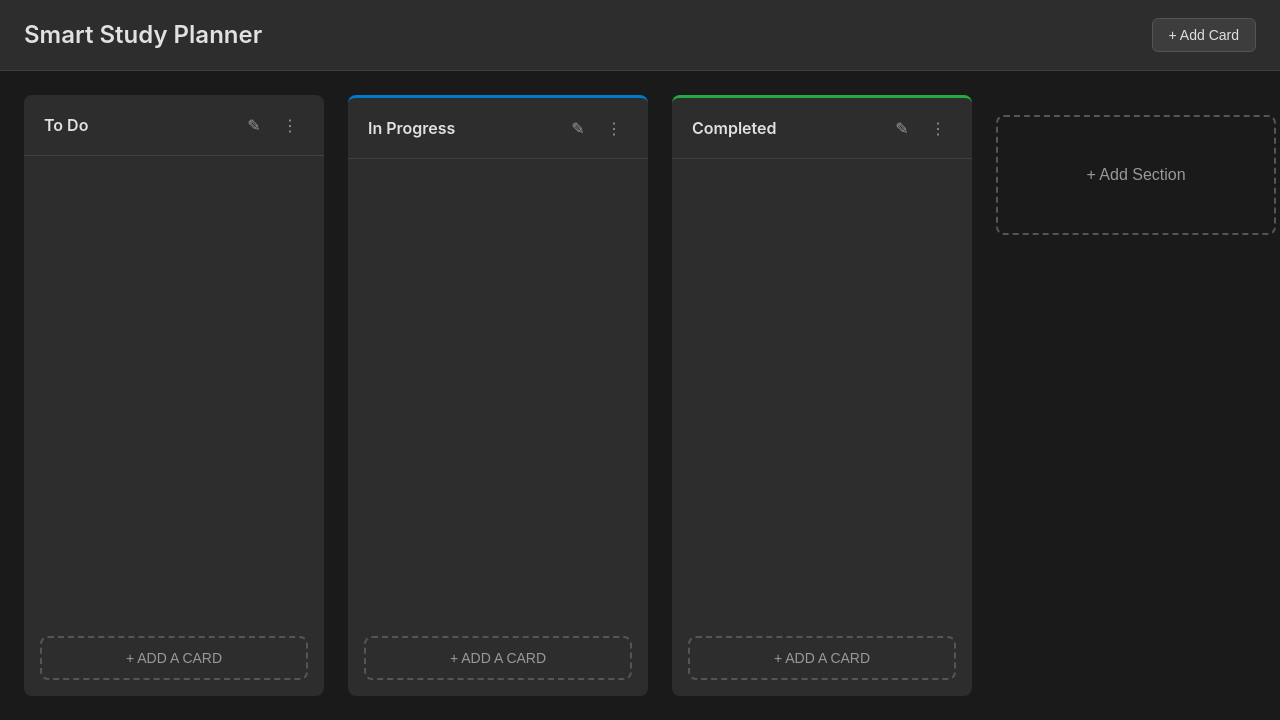
Repository: P7XCKD/edunetwebdev
Page: index.html
The author's editor kept a copy of each file at every save. The page is drawn from the files as they stood at one save, then again after the next save.
The browser window is 1280 px wide. The pictures show the whole page.

Above is the page before, as saved 2025-09-10 18:03:34.

### index.html
<!DOCTYPE html>
<html lang="en">
<head>
    <meta charset="UTF-8">
    <meta name="viewport" content="width=device-width, initial-scale=1.0">
    <title>Smart Study Planner</title>
    <link rel="stylesheet" href="style.css">
</head>
<body>
    <div class="app-container">
        <header class="app-header">
            <h1>Smart Study Planner</h1>
            <div class="header-actions">
                <button id="addCardBtn" class="add-card-btn">+ Add Card</button>
            </div>
        </header>

        <main class="kanban-board" id="kanbanBoard">
            <!-- Columns will be dynamically generated -->
            <div class="add-column-section">
                <button class="add-column-btn" id="addColumnBtn">+ Add Section</button>
            </div>
        </main>
    </div>

    <!-- Column Edit Modal -->
    <div id="columnModal" class="modal">
        <div class="modal-content">
            <div class="modal-header">
                <h2 id="columnModalTitle">Add New Section</h2>
                <button class="close-btn" id="closeColumnModal">&times;</button>
            </div>
            <div class="modal-body">
                <form id="columnForm">
                    <div class="form-group">
                        <label for="columnName">Section Name *</label>
                        <input type="text" id="columnName" placeholder="e.g., To Do, In Progress, Review" required>
                    </div>

                    <div class="form-group">
                        <label for="columnColor">Section Color</label>
                        <select id="columnColor">
                            <option value="default">Default (Gray)</option>
                            <option value="blue">Blue</option>
                            <option value="green">Green</option>
                            <option value="orange">Orange</option>
                            <option value="purple">Purple</option>
                            <option value="red">Red</option>
                            <option value="teal">Teal</option>
                            <option value="pink">Pink</option>
                        </select>
                    </div>
                </form>
            </div>
            <div class="modal-footer">
                <button type="button" id="deleteColumn" class="delete-btn">DELETE SECTION</button>
                <div class="modal-actions">
                    <button type="button" id="cancelColumn" class="cancel-btn">CANCEL</button>
                    <button type="button" id="saveColumn" class="save-btn">SAVE</button>
                </div>
            </div>
        </div>
    </div>

    <!-- Card Modal -->
    <div id="cardModal" class="modal">
        <div class="modal-content">
            <div class="modal-header">
                <h2 id="modalTitle">Card Details</h2>
                <button class="close-btn" id="closeModal">&times;</button>
            </div>
            <div class="modal-body">
                <form id="cardForm">
                    <div class="form-group">
                        <label for="cardTitle">Title *</label>
                        <input type="text" id="cardTitle" required>
                    </div>

                    <div class="form-row">
                        <div class="form-group">
                            <label for="cardDueDate">Due date</label>
                            <input type="date" id="cardDueDate">
                        </div>
                        <div class="form-group">
                            <label for="cardPriority">Priority</label>
                            <select id="cardPriority">
                                <option value="low">Low</option>
                                <option value="medium" selected>Medium</option>
                                <option value="high">High</option>
                            </select>
                        </div>
                    </div>

                    <div class="form-group">
                        <label for="cardSubject">Subject</label>
                        <input type="text" id="cardSubject" placeholder="e.g., Mathematics, Physics">
                    </div>

                    <div class="form-group">
                        <label for="cardDescription">Description</label>
                        <textarea id="cardDescription" rows="4" placeholder="Add your study notes here..."></textarea>
                    </div>
                </form>
            </div>
            <div class="modal-footer">
                <button type="button" id="deleteCard" class="delete-btn">DELETE</button>
                <div class="modal-actions">
                    <button type="button" id="cancelCard" class="cancel-btn">CANCEL</button>
                    <button type="button" id="saveCard" class="save-btn">SAVE</button>
                </div>
            </div>
        </div>
    </div>

    <!-- Stats Modal -->
    <div id="statsModal" class="modal">
        <div class="modal-content">
            <div class="modal-header">
                <h2>Progress Statistics</h2>
                <button class="close-btn" id="closeStatsModal">&times;</button>
            </div>
            <div class="modal-body">
                <div class="stats-grid">
                    <div class="stat-card">
                        <div class="stat-number" id="totalCards">0</div>
                        <div class="stat-label">Total Cards</div>
                    </div>
                    <div class="stat-card">
                        <div class="stat-number" id="todoCards">0</div>
                        <div class="stat-label">To Do</div>
                    </div>
                    <div class="stat-card">
                        <div class="stat-number" id="inProgressCards">0</div>
                        <div class="stat-label">In Progress</div>
                    </div>
                    <div class="stat-card">
                        <div class="stat-number" id="completedCards">0</div>
                        <div class="stat-label">Completed</div>
                    </div>
                    <div class="stat-card">
                        <div class="stat-number" id="overdueCards">0</div>
                        <div class="stat-label">Overdue</div>
                    </div>
                </div>
            </div>
        </div>
    </div>

    <script src="script.js"></script>
</body>
</html>

### style.css
/* Dark theme CSS inspired by NotesHub */
* {
    margin: 0;
    padding: 0;
    box-sizing: border-box;
}

body {
    font-family: -apple-system, BlinkMacSystemFont, 'Segoe UI', Roboto, sans-serif;
    background-color: #1a1a1a;
    color: #e1e1e1;
    line-height: 1.6;
}

.app-container {
    min-height: 100vh;
    display: flex;
    flex-direction: column;
}

/* Header */
.app-header {
    background-color: #2d2d2d;
    padding: 16px 24px;
    border-bottom: 1px solid #404040;
    display: flex;
    justify-content: space-between;
    align-items: center;
}

.app-header h1 {
    color: #e1e1e1;
    font-size: 24px;
    font-weight: 600;
}

.header-actions {
    display: flex;
    gap: 12px;
}

.add-card-btn, .stats-btn {
    background-color: #3d3d3d;
    color: #e1e1e1;
    border: 1px solid #555;
    padding: 8px 16px;
    border-radius: 6px;
    cursor: pointer;
    font-size: 14px;
    transition: background-color 0.2s;
}

.add-card-btn:hover, .stats-btn:hover {
    background-color: #4d4d4d;
}

/* Kanban Board */
.kanban-board {
    flex: 1;
    display: flex;
    gap: 24px;
    padding: 24px;
    overflow-x: auto;
    min-height: calc(100vh - 80px);
}

.board-column {
    min-width: 300px;
    background-color: #2d2d2d;
    border-radius: 8px;
    display: flex;
    flex-direction: column;
}

/* Column Colors */
.board-column.color-blue { border-top: 3px solid #007acc; }
.board-column.color-green { border-top: 3px solid #28a745; }
.board-column.color-orange { border-top: 3px solid #ffa726; }
.board-column.color-purple { border-top: 3px solid #8e24aa; }
.board-column.color-red { border-top: 3px solid #dc3545; }
.board-column.color-teal { border-top: 3px solid #20c997; }
.board-column.color-pink { border-top: 3px solid #e91e63; }

.column-header {
    padding: 16px 20px;
    border-bottom: 1px solid #404040;
    display: flex;
    justify-content: space-between;
    align-items: center;
}

.column-header h3 {
    color: #e1e1e1;
    font-size: 16px;
    font-weight: 600;
    margin: 0;
    flex: 1;
}

.column-header-actions {
    display: flex;
    gap: 8px;
}

.column-menu-btn, .column-edit-btn {
    background: none;
    border: none;
    color: #999;
    cursor: pointer;
    font-size: 16px;
    padding: 4px;
    border-radius: 4px;
    width: 28px;
    height: 28px;
    display: flex;
    align-items: center;
    justify-content: center;
}

.column-menu-btn:hover, .column-edit-btn:hover {
    background-color: #404040;
    color: #e1e1e1;
}

.column-content {
    flex: 1;
    padding: 16px;
    display: flex;
    flex-direction: column;
    gap: 12px;
}

/* Add Column Section */
.add-column-section {
    min-width: 280px;
    display: flex;
    align-items: flex-start;
    padding-top: 20px;
}

.add-column-btn {
    background: none;
    border: 2px dashed #555;
    color: #999;
    padding: 20px;
    border-radius: 8px;
    cursor: pointer;
    font-size: 16px;
    font-weight: 500;
    width: 100%;
    min-height: 120px;
    transition: all 0.2s;
    display: flex;
    align-items: center;
    justify-content: center;
}

.add-column-btn:hover {
    border-color: #777;
    color: #e1e1e1;
    background-color: #2d2d2d;
}

/* Column Context Menu */
.column-context-menu {
    position: absolute;
    background: #3d3d3d;
    border: 1px solid #555;
    border-radius: 6px;
    padding: 8px 0;
    z-index: 1001;
    min-width: 180px;
    box-shadow: 0 4px 12px rgba(0,0,0,0.3);
}

.column-context-menu-item {
    padding: 10px 16px;
    color: #e1e1e1;
    cursor: pointer;
    font-size: 14px;
    display: flex;
    align-items: center;
    gap: 8px;
}

.column-context-menu-item:hover {
    background-color: #4d4d4d;
}

.column-context-menu-item.danger {
    color: #ff6b6b;
}

.column-context-menu-item.danger:hover {
    background-color: #ff6b6b20;
}

/* Study Cards */
.study-card {
    background-color: #3d3d3d;
    border: 1px solid #555;
    border-radius: 8px;
    padding: 16px;
    cursor: pointer;
    transition: all 0.2s;
}

.study-card:hover {
    background-color: #4d4d4d;
    border-color: #666;
}

.card-title {
    font-size: 16px;
    font-weight: 600;
    color: #e1e1e1;
    margin-bottom: 8px;
}

.card-meta {
    display: flex;
    align-items: center;
    gap: 8px;
    margin-bottom: 8px;
    flex-wrap: wrap;
}

.card-subject {
    background-color: #555;
    color: #e1e1e1;
    padding: 2px 8px;
    border-radius: 12px;
    font-size: 12px;
    font-weight: 500;
}

.card-due-date {
    display: flex;
    align-items: center;
    gap: 4px;
    color: #999;
    font-size: 12px;
}

.card-due-date.overdue {
    color: #ff6b6b;
    background-color: #ff6b6b20;
    padding: 2px 6px;
    border-radius: 4px;
}

.card-due-date.tomorrow {
    color: #ffa500;
    background-color: #ffa50020;
    padding: 2px 6px;
    border-radius: 4px;
}

.priority-tag {
    font-size: 10px;
    padding: 2px 6px;
    border-radius: 8px;
    font-weight: 600;
    text-transform: uppercase;
}

.priority-high {
    background-color: #ff4757;
    color: white;
}

.priority-medium {
    background-color: #ffa726;
    color: white;
}

.priority-low {
    background-color: #66bb6a;
    color: white;
}

.card-description {
    color: #bbb;
    font-size: 14px;
    line-height: 1.4;
    margin-top: 8px;
}

/* Add Card Button */
.add-card-column-btn {
    background: none;
    border: 2px dashed #555;
    color: #999;
    padding: 12px;
    border-radius: 8px;
    cursor: pointer;
    font-size: 14px;
    transition: all 0.2s;
    margin-top: auto;
}

.add-card-column-btn:hover {
    border-color: #777;
    color: #e1e1e1;
    background-color: #3d3d3d;
}

/* Modal Styles */
.modal {
    display: none;
    position: fixed;
    top: 0;
    left: 0;
    width: 100%;
    height: 100%;
    background-color: rgba(0, 0, 0, 0.7);
    z-index: 1000;
}

.modal-content {
    background-color: #2d2d2d;
    margin: 5% auto;
    padding: 0;
    border-radius: 8px;
    width: 90%;
    max-width: 600px;
    max-height: 90vh;
    overflow-y: auto;
}

.modal-header {
    padding: 20px 24px;
    border-bottom: 1px solid #404040;
    display: flex;
    justify-content: space-between;
    align-items: center;
}

.modal-header h2 {
    color: #e1e1e1;
    font-size: 20px;
    font-weight: 600;
}

.close-btn {
    background: none;
    border: none;
    color: #999;
    font-size: 24px;
    cursor: pointer;
    padding: 0;
    width: 32px;
    height: 32px;
    display: flex;
    align-items: center;
    justify-content: center;
    border-radius: 4px;
}

.close-btn:hover {
    background-color: #404040;
    color: #e1e1e1;
}

.modal-body {
    padding: 24px;
}

.form-group {
    margin-bottom: 20px;
}

.form-group label {
    display: block;
    margin-bottom: 8px;
    color: #e1e1e1;
    font-size: 14px;
    font-weight: 500;
}

.form-group input,
.form-group select,
.form-group textarea {
    width: 100%;
    padding: 12px;
    background-color: #3d3d3d;
    border: 1px solid #555;
    border-radius: 6px;
    color: #e1e1e1;
    font-size: 14px;
}

.form-group input:focus,
.form-group select:focus,
.form-group textarea:focus {
    outline: none;
    border-color: #007acc;
}

.form-group textarea {
    resize: vertical;
    min-height: 100px;
}

.form-row {
    display: grid;
    grid-template-columns: 1fr 1fr;
    gap: 16px;
}

.modal-footer {
    padding: 20px 24px;
    border-top: 1px solid #404040;
    display: flex;
    justify-content: space-between;
    align-items: center;
}

.modal-actions {
    display: flex;
    gap: 12px;
}

.delete-btn {
    background-color: #dc3545;
    color: white;
    border: none;
    padding: 10px 20px;
    border-radius: 6px;
    cursor: pointer;
    font-size: 14px;
    font-weight: 500;
    text-transform: uppercase;
}

.delete-btn:hover {
    background-color: #c82333;
}

.cancel-btn {
    background: none;
    border: 1px solid #555;
    color: #999;
    padding: 10px 20px;
    border-radius: 6px;
    cursor: pointer;
    font-size: 14px;
    font-weight: 500;
    text-transform: uppercase;
}

.cancel-btn:hover {
    background-color: #3d3d3d;
    color: #e1e1e1;
}

.save-btn {
    background-color: #28a745;
    color: white;
    border: none;
    padding: 10px 20px;
    border-radius: 6px;
    cursor: pointer;
    font-size: 14px;
    font-weight: 500;
    text-transform: uppercase;
}

.save-btn:hover {
    background-color: #218838;
}

/* Stats Modal */
.stats-grid {
    display: grid;
    grid-template-columns: repeat(auto-fit, minmax(150px, 1fr));
    gap: 20px;
}

.stat-card {
    background-color: #3d3d3d;
    border: 1px solid #555;
    border-radius: 8px;
    padding: 20px;
    text-align: center;
}

.stat-number {
    display: block;
    font-size: 32px;
    font-weight: 700;
    color: #007acc;
    margin-bottom: 8px;
}

.stat-label {
    color: #bbb;
    font-size: 14px;
    font-weight: 500;
}

/* Empty State */
.empty-column {
    text-align: center;
    padding: 40px 20px;
    color: #666;
}

/* Responsive Design */
@media (max-width: 768px) {
    .kanban-board {
        flex-direction: column;
        gap: 16px;
    }

    .board-column {
        min-width: unset;
    }

    .app-header {
        padding: 12px 16px;
        flex-direction: column;
        gap: 12px;
    }

    .header-actions {
        width: 100%;
        justify-content: center;
    }

    .form-row {
        grid-template-columns: 1fr;
    }

    .modal-content {
        width: 95%;
        margin: 2% auto;
    }

    .modal-footer {
        flex-direction: column;
        gap: 12px;
        align-items: stretch;
    }

    .modal-actions {
        justify-content: center;
    }
}

Loaded but not shown: script.js (699 lines, source omitted)

After the next save:
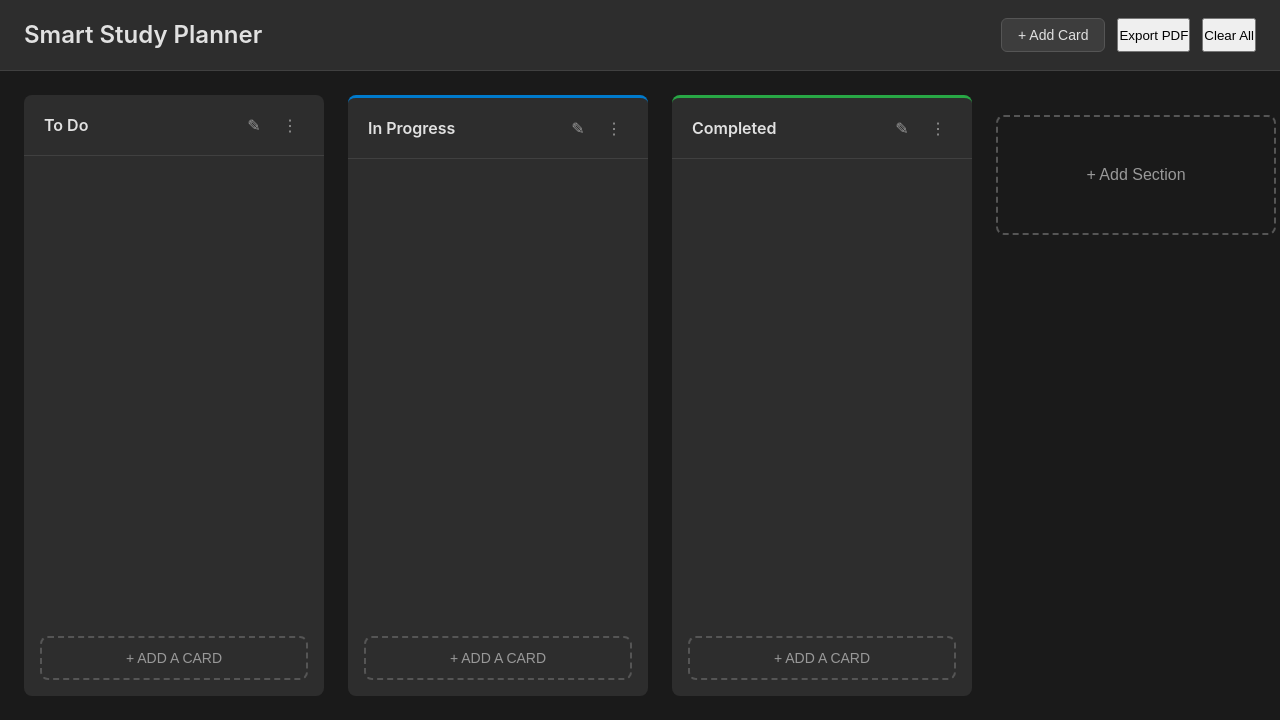
Saved 52 s later.
--- a/index.html
+++ b/index.html
@@ -12,6 +12,8 @@
             <h1>Smart Study Planner</h1>
             <div class="header-actions">
                 <button id="addCardBtn" class="add-card-btn">+ Add Card</button>
+                <button id="exportPdfBtn" class="export-pdf-btn">Export PDF</button>
+                <button id="clearAllBtn" class="clear-all-btn">Clear All</button>
             </div>
         </header>
 
